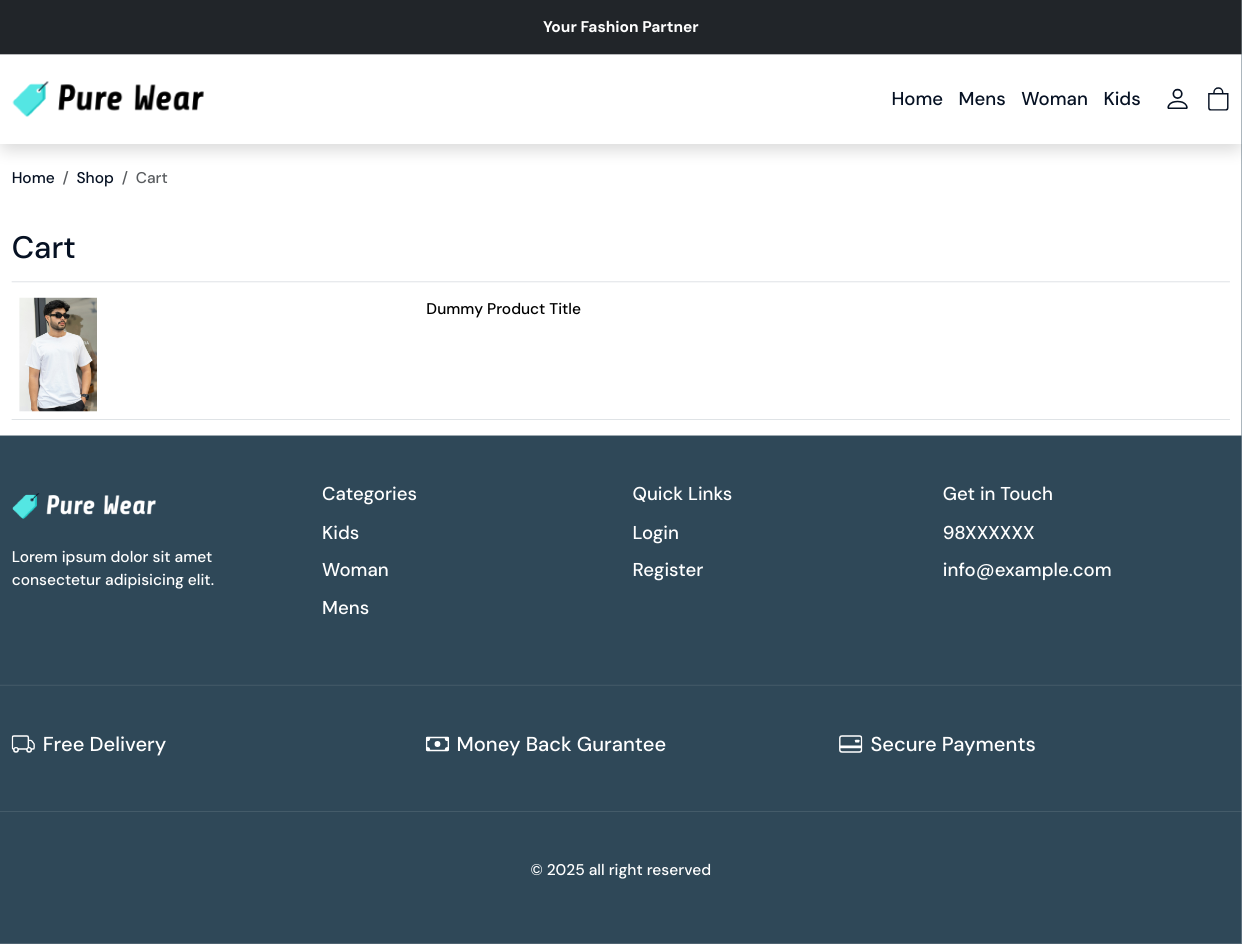
Repository: rajendratamang/react_ecommerce
Page: /cart
These files come from the project's save history. The page is drawn as it stood at one moment and after the next save; the edit follows.
The browser window is 1280 px wide. The pictures show the whole page, at 97% of full size.
The project was rebuilt for these pictures with package versions that can differ from the ones it lists, and the page was loaded fresh each time. Also part of the build but not shown: vite.config.js, src/components/common/LatestProduct.jsx, src/components/common/FeaturedProducts.jsx, src/components/Home.jsx, src/components/Shop.jsx, src/components/Product.jsx.

Above is the page before, as saved 2025-11-06 14:48:50.

After the next save:
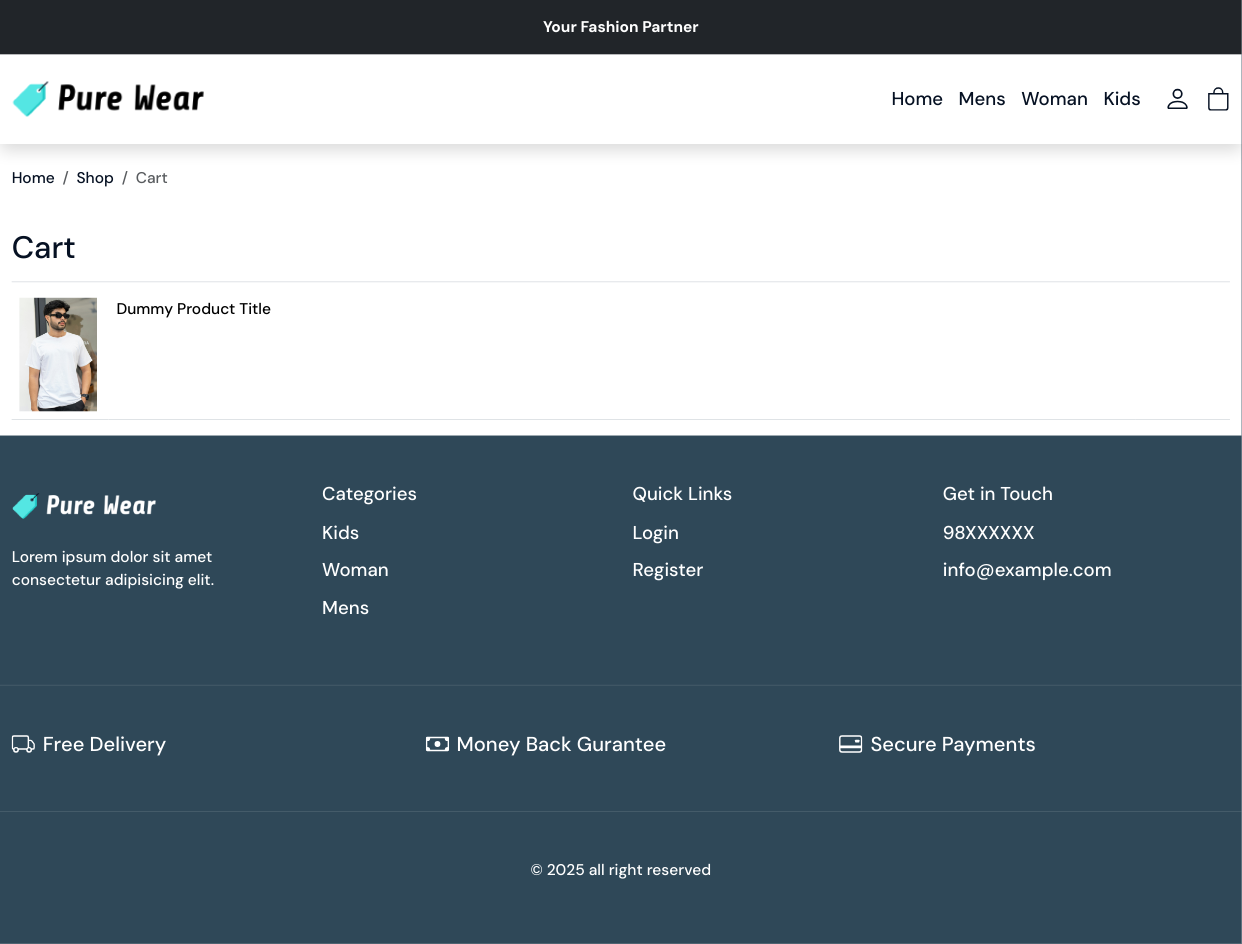
Saved 13 s later.
--- a/src/components/Cart.jsx
+++ b/src/components/Cart.jsx
@@ -24,7 +24,7 @@ const Cart = () => {
                         <table className='table'>
                             <tbody>
                                 <tr>
-                                    <td><img src={ProductImg} width={80} alt="" /></td>
+                                    <td width={100}><img src={ProductImg} width={80} alt="" /></td>
                                     <td>
                                         <div className="d-flex">
                                             <div className="">Dummy Product Title</div>
